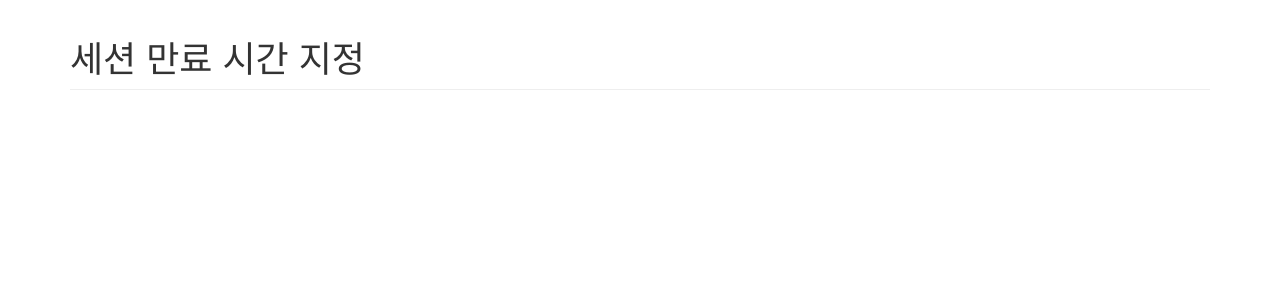
Repository: kimgyuseok/Server
Page: http://localhost/JSPTest/ex11_interval.jsp
These files come from the project's save history. The page is drawn as it stood at one moment and after the next save; the edit follows.
The browser window is 1280 px wide. The pictures show the whole page.
The page is served by Tomcat 9.

Above is the page before, as saved 2022-01-07 03:25:30.

After the next save:
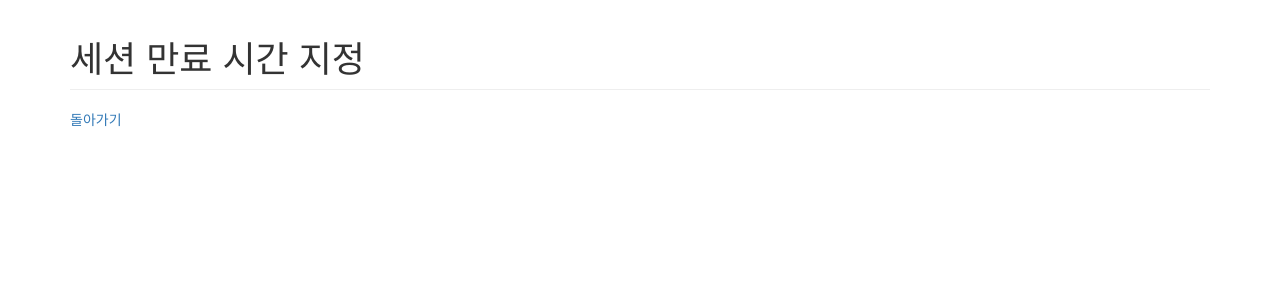
Saved 15 s later.
--- a/JSPTest/src/main/webapp/ex11_interval.jsp
+++ b/JSPTest/src/main/webapp/ex11_interval.jsp
@@ -1,9 +1,4 @@
-<%@ page language="java" contentType="text/html; charset=UTF-8"
-    pageEncoding="UTF-8"%>
-<%
-
-
-%>
+<%@page language="java" contentType="text/html; charset=UTF-8" pageEncoding="UTF-8"%>
 <!DOCTYPE html>
 <html>
 <head>
@@ -15,22 +10,22 @@
 </style>
 </head>
 <body>
-	<!--ex010_session.jsp-->
-
+	<!-- ex11_interval.jsp -->
 	<div class="container">
-		<h1 class="page-header">세션 만료 시간 지정<small></small></h1>
+		<h1 class="page-header">세션 만료 시간 지정 <small></small></h1>
 
 		<%
+
 			session.setMaxInactiveInterval(30);
 
 		%>
 
-
+		<a href="ex11_session.jsp">돌아가기</a>
 
 	</div>
 
-<script>
+	<script>
 
-</script>
+	</script>
 </body>
 </html>
